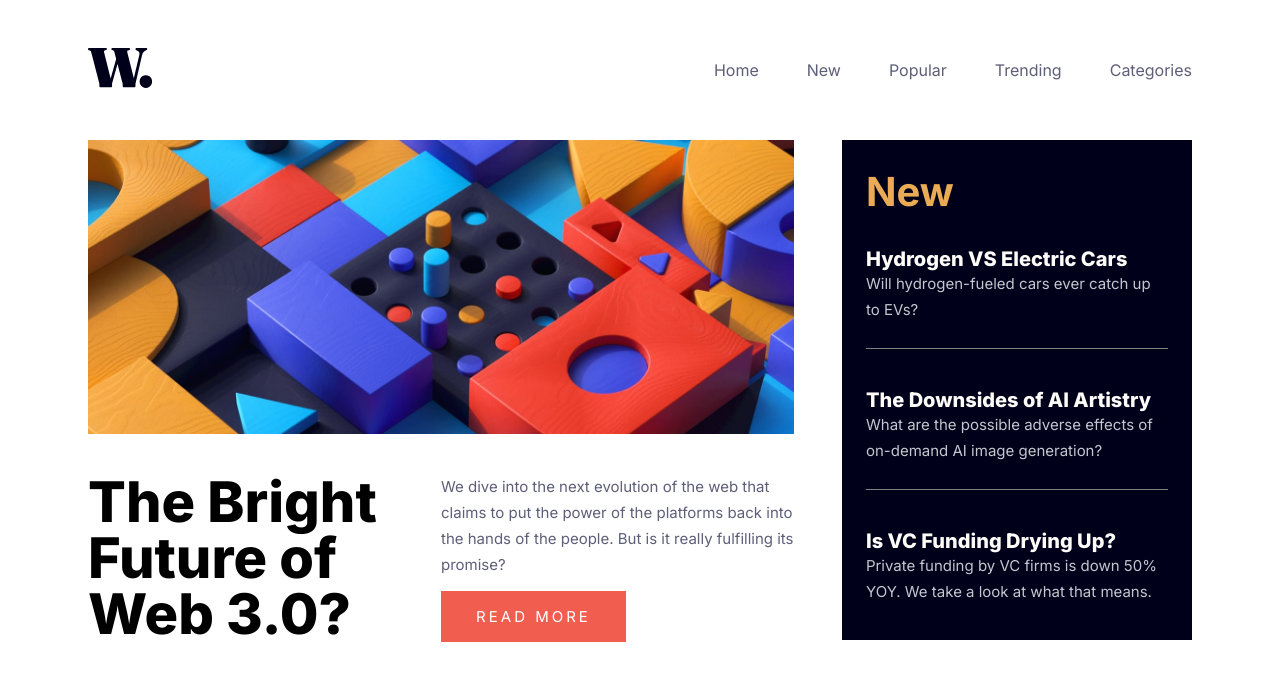
Repository: DevAntonioRogers/FrontendMentor-News-Homepage
Page: index.html
The author's editor kept a copy of each file at every save. The page is drawn from the files as they stood at one save, then again after the next save.
The browser window is 1280 px wide. The pictures show the whole page.

Above is the page before, as saved 2023-04-21 12:56:36.

After the next save:
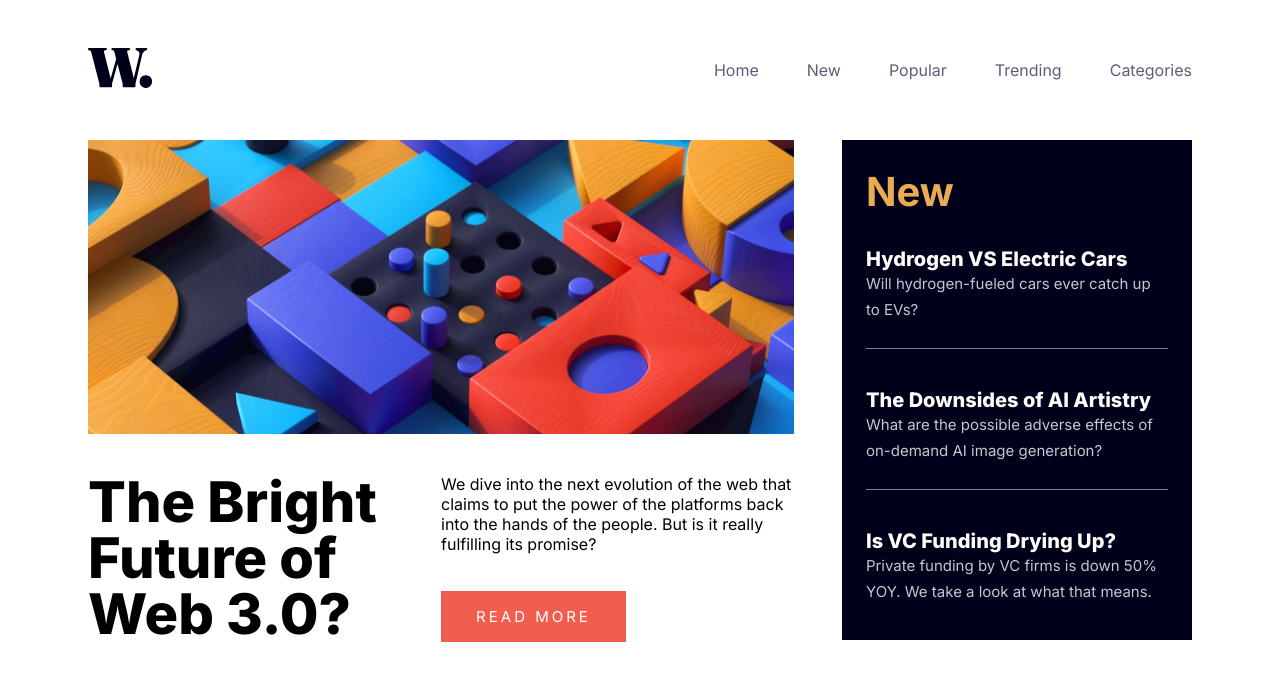
Saved 29 s later.
--- a/index.html
+++ b/index.html
@@ -36,10 +36,12 @@
             <h1>The Bright Future of Web 3.0?</h1>
           </div>
           <div>
-            <p>
+            <div>
               We dive into the next evolution of the web that claims to put the power of the platforms back into the
               hands of the people. But is it really fulfilling its promise?
             </p>
+          </div>
+          <p>
             <button>Read More</button>
           </div>
         </article>

After the save that followed:
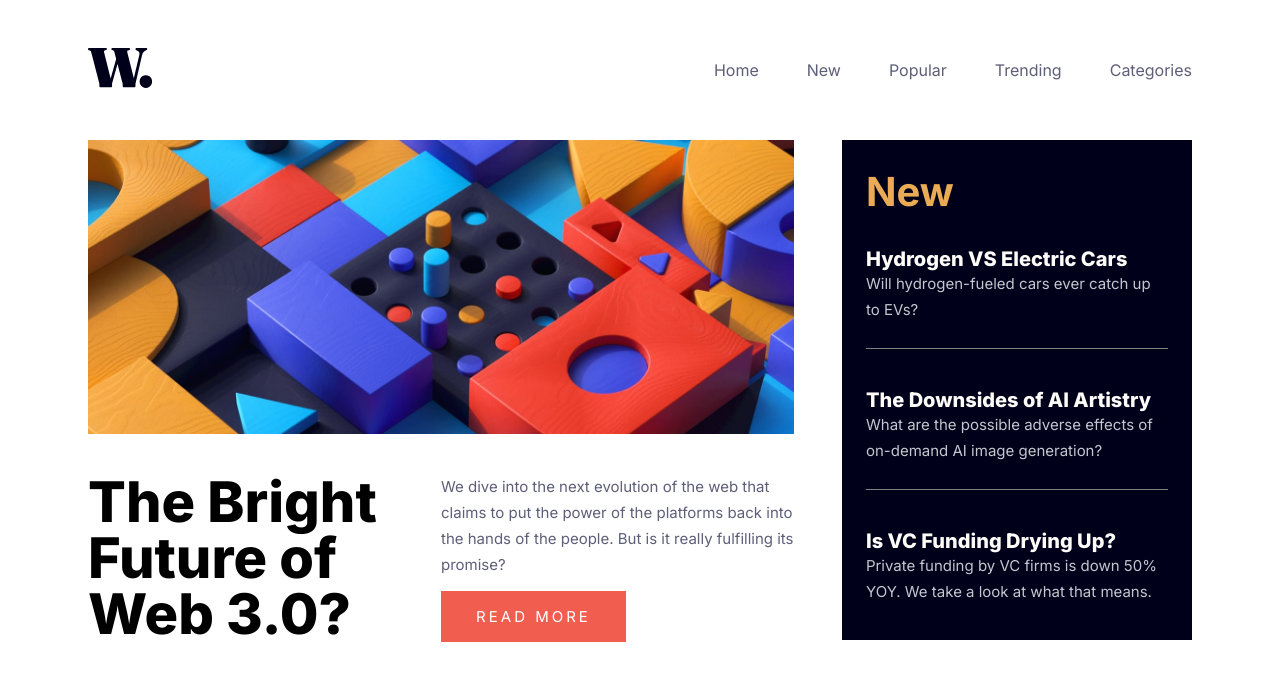
Saved 54 s later.
--- a/index.html
+++ b/index.html
@@ -37,11 +37,11 @@
           </div>
           <div>
             <div>
-              We dive into the next evolution of the web that claims to put the power of the platforms back into the
-              hands of the people. But is it really fulfilling its promise?
-            </p>
-          </div>
-          <p>
+              <p>
+                We dive into the next evolution of the web that claims to put the power of the platforms back into the
+                hands of the people. But is it really fulfilling its promise?
+              </p>
+            </div>
             <button>Read More</button>
           </div>
         </article>
